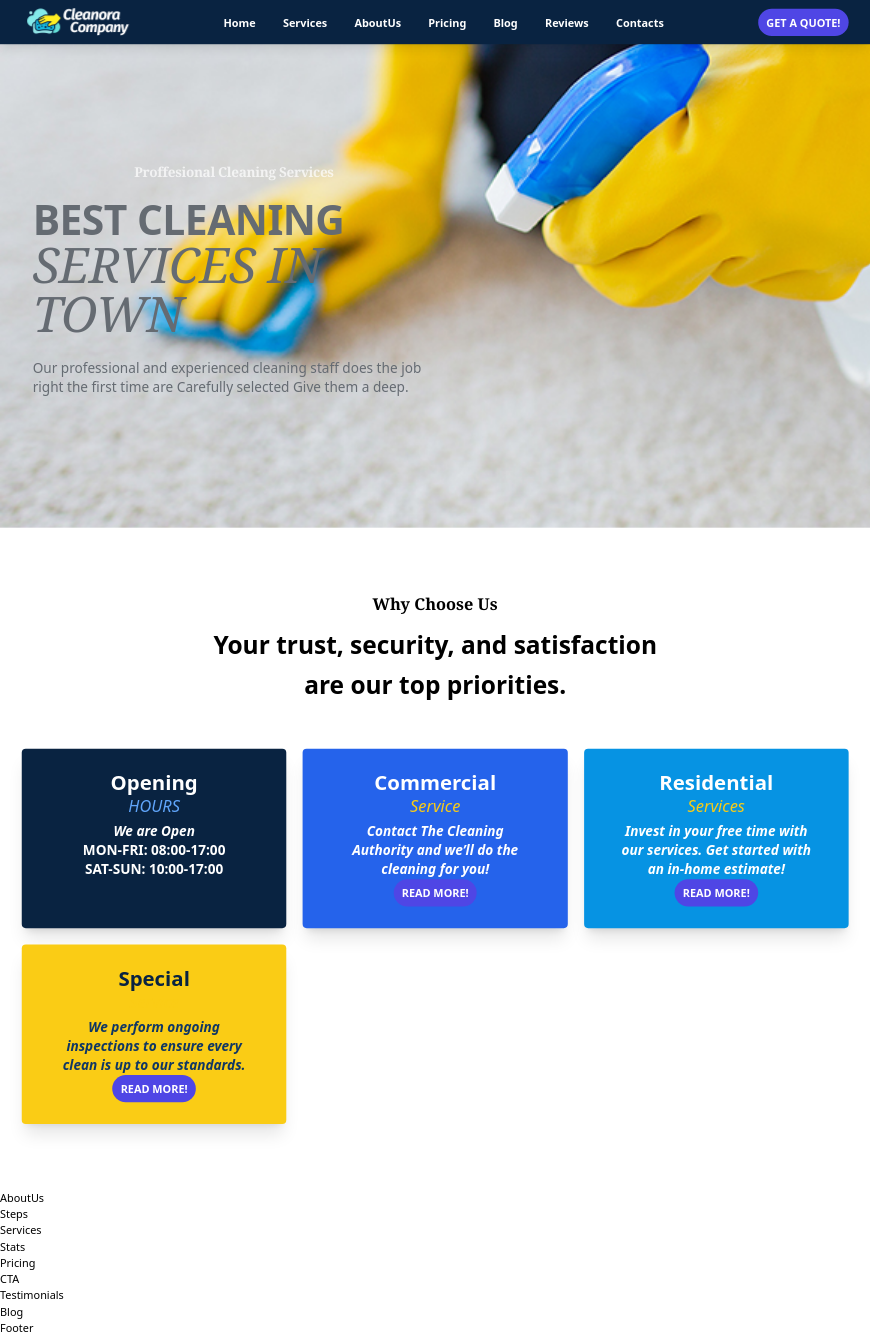
Repository: remydev47/cleonara
Page: /
These files come from the project's save history. The page is drawn as it stood at one moment and after the next save; the edit follows.
The browser window is 1280 px wide. The pictures show the whole page, at 68% of full size.
The project was rebuilt for these pictures with package versions that can differ from the ones it lists, and the page was loaded fresh each time. The framework's server and built-in components were replaced by stand-ins that run in the browser. Also part of the build but not shown: next.config.js.

Above is the page before, as saved 2022-11-01 12:58:58.

After the next save:
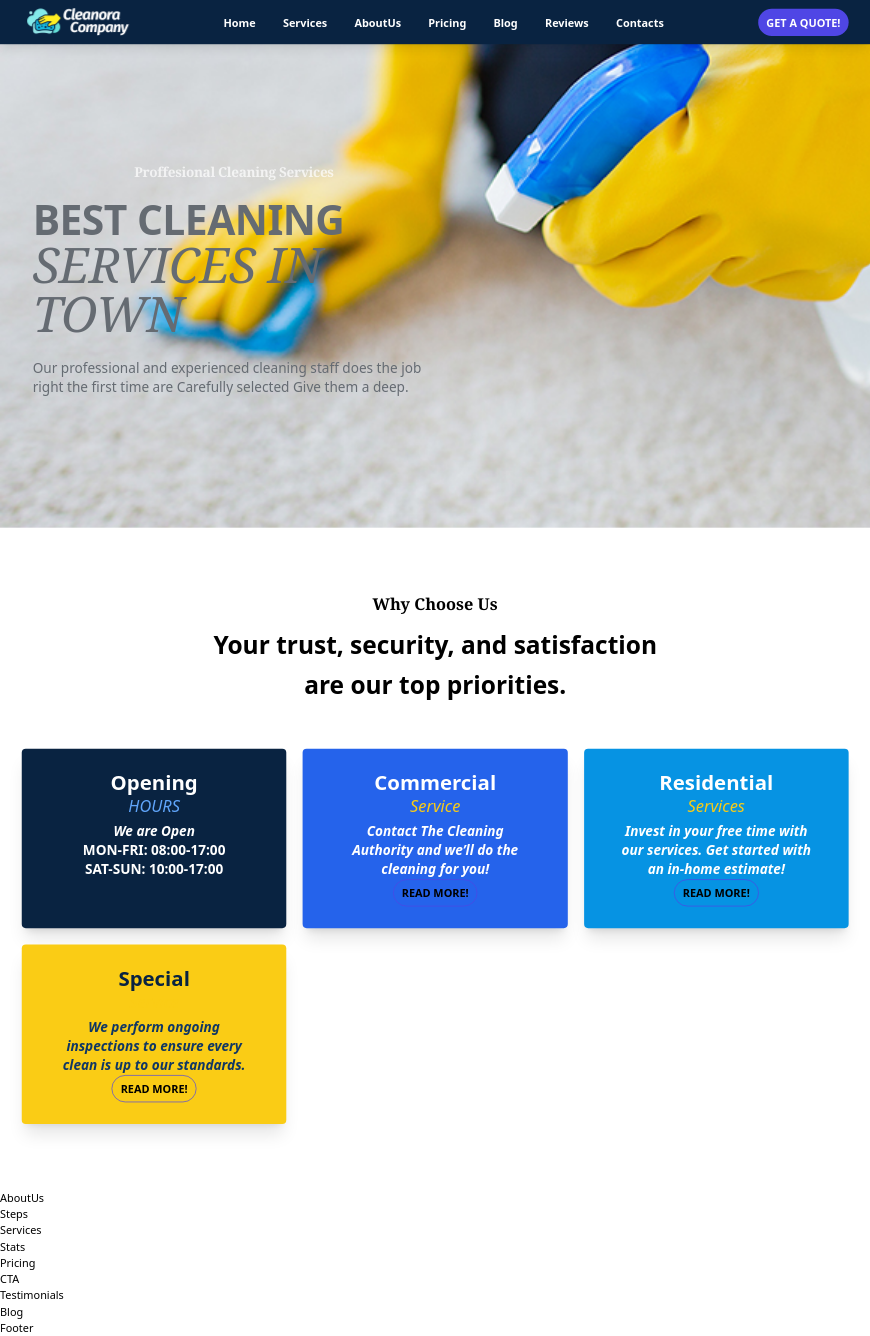
Saved 32 s later.
--- a/components/Offers.tsx
+++ b/components/Offers.tsx
@@ -42,7 +42,7 @@ const Offers = () => {
                 Contact The Cleaning Authority and we’ll do the cleaning for you!
              </h2>
              <p>
-              <Button variant='solid'>
+              <Button variant='outline'>
                 READ MORE!
               </Button>
              </p>
@@ -60,7 +60,7 @@ const Offers = () => {
                Invest in your free time with our services. Get started with an in-home estimate!
              </h2>
              <p>
-              <Button variant='solid'>
+              <Button variant='outline'>
                 READ MORE!
               </Button>
              </p>
@@ -77,7 +77,7 @@ const Offers = () => {
               We perform ongoing inspections to ensure every clean is up to our standards.
              </h2>
              <p>
-              <Button variant='solid'>
+              <Button variant='outline'>
                 READ MORE!
               </Button>
              </p>
